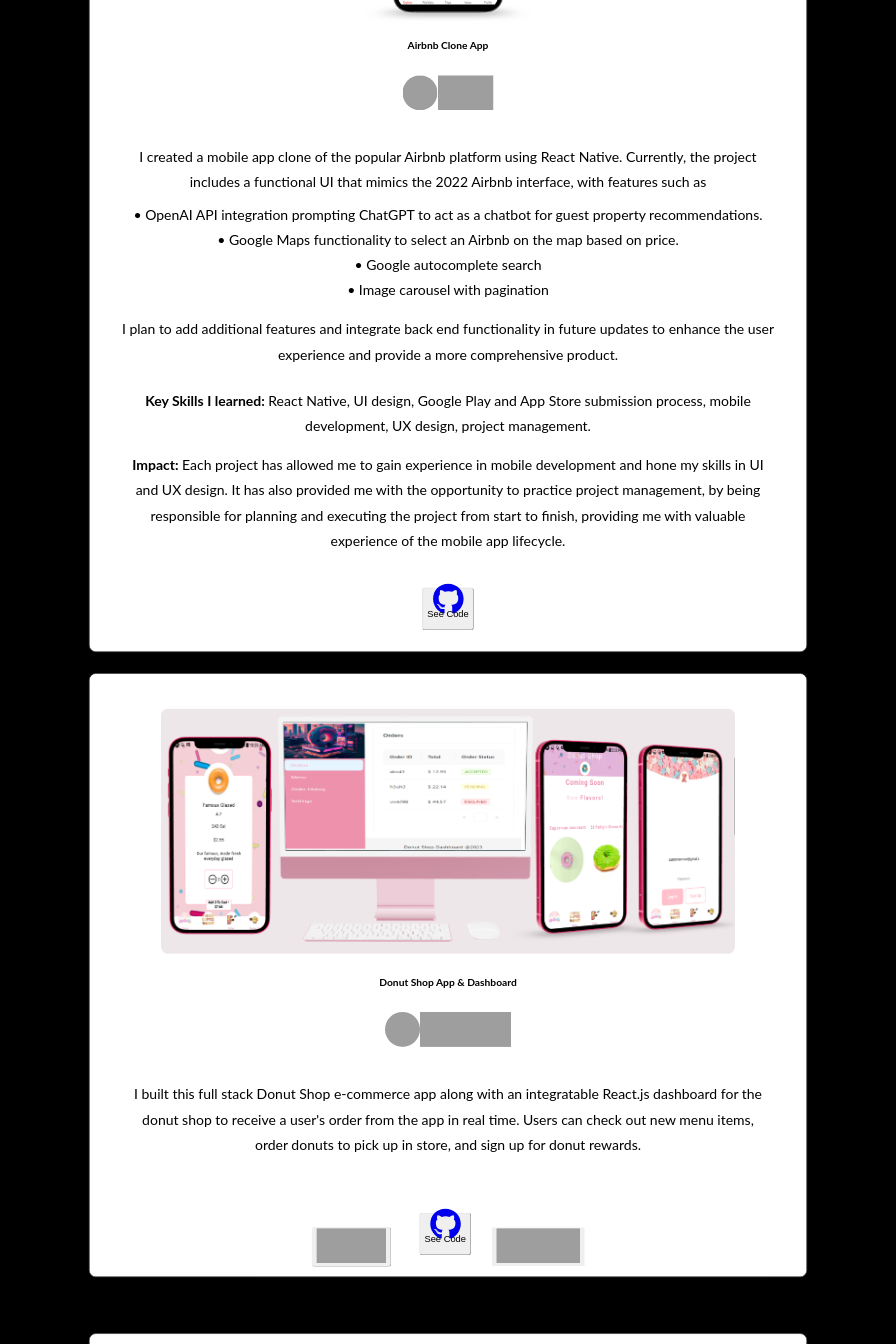
Repository: JamesPesenti/portfolio
Page: /
These files come from the project's save history. The page is drawn as it stood at one moment and after the next save; the edit follows.
The browser window is 1280 px wide. The pictures show the part of the page from y = 1871 to 3791 px (the page is 6929 px tall), at 70% of full size.
Pictures or frames that could not be fetched are drawn as grey boxes. The project was rebuilt for these pictures with package versions that can differ from the ones it lists, and the page was loaded fresh each time. Imported but missing from the stored project, and not drawn on this page: src/Components/James Pesenti Resume 2023.pdf.

Above is the page before, as saved 2023-05-29 08:21:47.

### public/index.html
<!DOCTYPE html>
<html lang="en">
  <head>
    <meta charset="utf-8" />
    <link rel="" href="" />
    <meta name="viewport" content="width=device-width, initial-scale=1" />
    <meta name="theme-color" content="#000000" />
    <meta name="description" content="James Pesenti Portfolio 2022" />
    <link rel="apple-touch-icon" href="" />
    <link rel="manifest" href="%PUBLIC_URL%/manifest.json" />

    <title>Portfolio 2023</title>

  </head>
  <body>
    <div id="root"></div>
  </body>
</html>

### src/Components/Scroll.jsx
import React from 'react'
import '../CSS/App.css';


const Scroll = () => {

  return (
    <>

        <div style={{marginBottom: 400, justifyContnent: 'center'}} id="section09" class="demo">
          <a href="#parallaxContainer">
            <span></span>
            Scroll down to see my work
          </a>
        </div>

    </>
  )
}

export default Scroll

### src/Components/MyProjects.jsx
import UberGoogleButton from "../Components/UberGoogleButton"
import AstonGoogleButton from "./AstonGoogleButton"
import AstonAppleButton from "./AstonAppleButton"
import BarceGoogleButton from "../Components/BarceGoogleButton"
import BarceAppleButton from "./BarceAppleButton"
import { FaGithub } from "react-icons/fa";

const MyProjects = () => {
  return (

  <>
    <div id="parallaxContainer">

    {/* Airbnb Clone */}
    <div style={{ justifyContent: 'center', alignItems: 'center',  width: "80%", borderRadius: 10}} className="box">
            <div>
                <img style={{ borderRadius: 10, marginTop: 50, marginBottom: -35, width: "48%", height: 350, transition: ".7s", }} src="images/mockrocket-capture (11).png" />
            </div>
            <h4 style={{textAlign: 'center'}}>Airbnb Clone App</h4>
                <div style={{flexDirection: "row", padding: 10, borderRadius: 10, marginBottom: -40,}}>
                  <img style={{width: 50, height: 50, borderRadius: 50}} src="https://i.pinimg.com/originals/8a/02/1a/8a021aa097236b42dd71fb731e3d894d.gif"/>
                  <img style={{width: 80, height: 50, }} src="https://www.datocms-assets.com/45470/1631026680-logo-react-native.png"  />
                  {/* <img style={{width: 50, height: 50, }} src="https://pbs.twimg.com/profile_images/1114309924551417856/FKA4cm2x_400x400.png"  /> */}
                </div>
            <p style={{fontSize: 20, textAlign: 'center', padding: 50, marginBottom: -60}}>I created a mobile app clone of the popular Airbnb platform using React Native. Currently, the project includes a functional UI that mimics the 2022 Airbnb interface, with features such as</p>
            <p style={{fontSize: 20, paddingHorizontal: 0, marginBottom: -20}}> &#8226; OpenAI API integration prompting ChatGPT to act as a chatbot for guest property recommendations.</p>
            <p style={{fontSize: 20, paddingHorizontal: 0, marginBottom: -20}}> &#8226; Google Maps functionality to select an Airbnb on the map based on price.</p>
            <p style={{fontSize: 20, padding: 0, marginBottom: -20}}>&#8226; Google autocomplete search</p>
            <p style={{fontSize: 20,  padding: 0, marginBottom: -40}}>&#8226; Image carousel with pagination</p>
            <p style={{fontSize: 20, textAlign: 'center', padding: 40, marginBottom: -60}}>I plan to add additional features and integrate back end functionality in future updates to enhance the user experience and provide a more comprehensive product.</p>
            <p style={{fontSize: 20, textAlign: 'center', padding: 30, marginBottom: -80}}><b> Key Skills I learned: </b>React Native, UI design, Google Play and App Store submission process, mobile development, UX design, project management.</p>
            <p style={{fontSize: 20, textAlign: 'center', padding: 50}}><b> Impact: </b> Each project has allowed me to gain experience in mobile development and hone my skills in UI and UX design. It has also provided me with the opportunity to practice project management, by being responsible for planning and executing the project from start to finish, providing me with valuable experience of the mobile app lifecycle.</p>

            <div style={{flexDirection: "row"}}>
                {/* <UberGoogleButton  /> */}
                <button style={{marginTop: 10}} type="button" className="codeButton">
                  <a href="https://github.com/JamesPesenti/Airbnb" target="_blank" rel="noopener noreferrer">
                    <FaGithub  size={45} style={{ marginTop: -80, marginBottom: -25, justifyContent: "center", textAlign: "center"}} />
                  </a>
                  <p>See Code</p>
                </button>
                {/* <AstonAppleButton  /> */}
            </div>

        </div>


     {/* Donut Shop App */}
     <div style={{marginTop: 30, marginBottom: 20, justifyContent: 'center', alignItems: 'center',  width: "80%", borderRadius: 10}} className="box">
            <div>
                <img style={{ borderRadius: 10, marginTop: 50, width: "80%", height: 350, transition: ".7s", }} src="/images/appAndDashMock.png" />
            </div>
            <h4 style={{textAlign: 'center'}}>Donut Shop App & Dashboard</h4>
                <div style={{flexDirection: "row", padding: 10, borderRadius: 10, marginBottom: -40,}}>
                  <img style={{width: 50, height: 50, borderRadius: 50}} src="https://i.pinimg.com/originals/8a/02/1a/8a021aa097236b42dd71fb731e3d894d.gif"/>
                  <img style={{width: 80, height: 50, }} src="https://www.datocms-assets.com/45470/1631026680-logo-react-native.png"  />
                  <img style={{width: 50, height: 50, }} src="https://pbs.twimg.com/profile_images/1114309924551417856/FKA4cm2x_400x400.png"  />
                </div>
            <p style={{fontSize: 20,textAlign: 'center', padding: 50}}>I built this full stack Donut Shop e-commerce app along with an integratable React.js dashboard for the donut shop to receive a user's order from the app in real time. Users can check out new menu items, order donuts to pick up in store, and sign up for donut rewards.</p>

            <div style={{flexDirection: "row"}}>
                <UberGoogleButton  />
                <button style={{marginTop: 40}} type="button" className="codeButton">
                  <a href="https://github.com/JamesPesenti/Donut_Shop" target="_blank" rel="noopener noreferrer">
                    <FaGithub  size={45} style={{ marginTop: -80, marginBottom: -25, justifyContent: "center", textAlign: "center"}} />
                  </a>
                  <p>See Code</p>
                </button>
                <AstonAppleButton  />
            </div>

        </div>


    {/* Uber Eats App */}
    <div style={{marginTop: 80, marginBottom: 60, justifyContent: 'center', alignItems: 'center',  width: "80%", borderRadius: 10}} className="box">
            <div className="imgWrapper" style={{width: 480, height: 350}}>
                <img style={{ borderRadius: 5, marginTop: 50, width: "100%", height: 300, transition: ".7s", }} src="/images/UberEatsLast.png" />
            </div>
            <h4 style={{textAlign: 'center'}}>Uber Eats Clone App</h4>
                <div style={{flexDirection: "row", padding: 10, borderRadius: 10, marginBottom: -40,}}>
                  <img style={{width: 50, height: 50, borderRadius: 50}} src="https://i.pinimg.com/originals/8a/02/1a/8a021aa097236b42dd71fb731e3d894d.gif"/>
                  <img style={{width: 80, height: 50, }} src="https://www.datocms-assets.com/45470/1631026680-logo-react-native.png"  />
                  <img style={{width: 50, height: 50, }} src="https://pbs.twimg.com/profile_images/1114309924551417856/FKA4cm2x_400x400.png" />
                </div>
            <p style={{fontSize: 20,textAlign: 'center', padding: 50}}>A full stack React Native app inspired by the UberEats user app. I utilized AWS Amplify's datastore to configure the back end to query and save customer's orders and used Amazon Cognito for user registration, authentication, & account recovery.</p>

            <div style={{flexDirection: "row"}}>
                <UberGoogleButton  />
                <button style={{marginTop: 40}} type="button" className="codeButton">
                  <a href="https://github.com/JamesPesenti/UberEatsClone" target="_blank" rel="noopener noreferrer">
                    <FaGithub  size={45} style={{ marginTop: -80, marginBottom: -20, justifyContent: "center", textAlign: "center"}} />
                  </a>
                  <p>See Code</p>
                </button>
                <AstonAppleButton  />
            </div>

        </div>


     {/* Aston Waikiki App */}
       <div style={{marginTop: 80, marginBottom: 120, justifyContent: 'center', alignItems: 'center',  width: "80%", borderRadius: 10}} className="box">
            <div className="imgWrapper" style={{width: 450, height: 350}}>
                <img style={{ marginTop: 50, width: "100%", height: "auto", transition: ".7s", }} src="/images/astonmock.png" />
            </div>
            <h4 style={{textAlign: 'center'}}>Aston Waikiki Hotel UI</h4>
                <div style={{flexDirection: "row", padding: 10, borderRadius: 10, marginBottom: -40,}}>
                  <img style={{width: 50, height: 50, borderRadius: 50}} src="https://i.pinimg.com/originals/8a/02/1a/8a021aa097236b42dd71fb731e3d894d.gif"/>
                  <img style={{width: 80, height: 50, }} src="https://www.datocms-assets.com/45470/1631026680-logo-react-native.png"  />
                </div>
            <p style={{fontSize: 20,textAlign: 'center', padding: 50}}>A React Native UI design I created to reimagine the hotel Aston Waikiki Beach's website into a cross platform mobile app. I used most of the content and images from the current website and utilized both Bottom Tabs, Drawer navigation and other React Native libraries for a better user experience.</p>

            <div style={{flexDirection: "row"}}>
                <AstonGoogleButton  />
                <button style={{marginTop: 40}} type="button" className="codeButton">
                        <a href="https://github.com/JamesPesenti/AstonWaikikiBeachApp" target="_blank" rel="noopener noreferrer">
                            <FaGithub  size={45} style={{ marginTop: -80, marginBottom: -20, justifyContent: "center", textAlign: "center"}} />
                        </a>
                        <p>See Code</p>
                </button>
                <AstonAppleButton  />
            </div>

        </div>


    {/* Barcelona App */}
       <div style={{marginTop: 20, marginBottom: 120, justifyContent: 'center', alignItems: 'center',  width: "80%", borderRadius: 10}} className="box">
            <div className="imgWrapper" style={{width: 650, height: 300}}>
                <img style={{ marginTop: 30, width: "100%", height: 250, transition: ".7s", }} src="/images/barcelonamockup.png" />
            </div>
            <h4 style={{textAlign: 'center'}}>Barcelona Tourist App</h4>
                <div style={{flexDirection: "row", padding: 10, borderRadius: 10, marginBottom: -20,}}>
                <img style={{width: 80, height: 50,}} src="https://www.datocms-assets.com/45470/1631026680-logo-react-native.png"  />
                <img style={{width: 50, height: 50, borderRadius: 50}} src="https://i.pinimg.com/originals/8a/02/1a/8a021aa097236b42dd71fb731e3d894d.gif"/>
                </div>
            <p style={{fontSize: 20, textAlign: 'center', padding: 50}}>I created this React Native app for visitors of Barcelona Spain to save pictures and locations of their favorite places. I used pop-up modals for users to quickly get information on popular sights and used geolocation with google maps so users can save their location and select it on the map.</p>

            <div style={{flexDirection: "row"}}>
               <BarceAppleButton  />
                <button style={{marginTop: 40}} type="button" className="codeButton">
                        <a href="https://github.com/JamesPesenti/BarcelonaApp" target="_blank" rel="noopener noreferrer">
                            <FaGithub  size={45} style={{ marginTop: -80, marginBottom: -20, justifyContent: "center", textAlign: "center"}} />
                        </a>
                        <p>See Code</p>
                </button>
                <BarceGoogleButton  />
            </div>

        </div>

    {/* IAR React App */}
        {/* <div style={{marginBottom: 0, justifyContent: 'center', alignItems: 'center',  width: "80%", borderRadius: 10}} className="box">
            <img style={{ width: 600, height: 350, borderRadius: 10, borderWidth: 2, borderColor: "green"}} src="/images/innermock.png" />
            <h4 style={{textAlign: 'center'}}>Inner Aura Readings Website</h4>
            <div style={{flexDirection: "row", padding: 10, borderRadius: 10}}>
                <img src="https://www.logo.wine/a/logo/React_(web_framework)/React_(web_framework)-Logo.wine.svg" style={{width: 100, height: 50,}} />
                <img className="logoBox" src="https://cdn.pixabay.com/photo/2017/08/05/11/16/logo-2582747_1280.png" style={{width: 50, height: 50,}} />
            </div>
            <p style={{fontSize: 20, textAlign: 'center', padding: 50}}>This was the first official React.js web app that I developed. I made it for a friend who wanted to reach more customers with a mobile friendly website. I made multiple iterations and converted it into a PWA for offline operability with native like performance. </p>
            <button style={{marginTop: 0}} type="button" className="codeButton">
                        <a href="https://github.com/JamesPesenti/InnerAuraReadings2022" target="_blank" rel="noopener noreferrer">
                            <FaGithub  size={45} style={{ marginTop: -80, marginBottom: -20, justifyContent: "center", textAlign: "center"}} />
                        </a>
                        <p>See Code</p>
            </button>

        </div> */}


{/* REapp */}
        {/* <div style={{marginBottom: 100, justifyContent: 'center', alignItems: 'center',  width: "80%", borderRadius: 10,}} className="box">
        <img style={{marginTop: 50, width: 800, height: 350, borderRadius: 10, borderWidth: 2, borderColor: "green"}} src="/images/remockup.png" />
            <h4 style={{textAlign: 'center'}}>Real Estate Listing Website </h4>
            <div style={{flexDirection: "row", padding: 10, borderRadius: 10}}>
                <img src="https://www.logo.wine/a/logo/React_(web_framework)/React_(web_framework)-Logo.wine.svg" style={{width: 100, height: 50,}} />
                <img src="https://img.icons8.com/color/480/cloud-firestore.png" style={{width: 50, height: 50,}} />
                <img src="https://raw.githubusercontent.com/JamesPesenti/RealEstateApp/16b046b3d34b4a26468627e906dc503be8911b73/src/assets/svg/googleIcon.svg" style={{marginBottom: 8, width: 100, height: 30,}} />
            </div>
            <p style={{fontSize: 20, textAlign: 'center', padding: 50}}>Real Estate listing website built with React, FireStore database and Google OAuth to sign in with a google account. You can search listings for rent/sale and login to your account to create a listing and save offers. Inspiration and back-end code taken from Brad Traversey's React course I took on Udemy.</p>
            <button style={{marginTop: 40}} type="button" className="codeButton">
                        <a href="https://github.com/JamesPesenti/RealEstateApp" target="_blank" rel="noopener noreferrer">
                            <FaGithub  size={45} style={{ marginTop: -80, marginBottom: -20, justifyContent: "center", textAlign: "center"}} />
                        </a>
                        <p>See Code</p>
            </button>
        </div> */}

    </div>


    </>
  )
}

export default MyProjects

### src/Components/UberGoogleButton.jsx
import React from 'react'


const UberGoogleButton = () => {
  return (
    <>
    <button type="button" style={{marginRight: 40, borderWidth: .1, borderColor: '#efefef', borderRadius: 5}}>
        <a href="https://expo.dev/accounts/jimpesenti/projects/UberEats/builds/b9dfcb73-dd37-4009-b5f9-7d24a72b937d">
            <img style={{width: 100, height: 50, borderRadius: 0}} src="https://logos-world.net/wp-content/uploads/2020/12/Google-Play-Logo-500x281.png"/>
        </a>
    </button>
    </>
  )
}

export default UberGoogleButton

### src/Components/AstonGoogleButton.jsx
import React from 'react'


const AstonGoogleButton = () => {
  return (
    <>
    <button type="button" style={{marginRight: 40, borderWidth: .1, borderColor: '#efefef', borderRadius: 5}}>
        <a href="https://play.google.com/store/apps/details?id=com.jamespesenti91.astonwaikikibeach">
            <img style={{width: 100, height: 50, borderRadius: 0}} src="https://logos-world.net/wp-content/uploads/2020/12/Google-Play-Logo-500x281.png"/>
        </a>
    </button>
    </>
  )
}

export default AstonGoogleButton

### src/Components/AstonAppleButton.jsx
import React from 'react'

const AstonAppleButton = () => {
  return (
    <>
    <button type="submit" style={{marginLeft: 30, borderWidth: 0,}}  >
        <a href="">
            <img style={{width: 120, height: 50, borderRadius: 0}} src="https://images.squarespace-cdn.com/content/v1/5b549a7f3c3a53487c250f58/1597439116255-P7ME5MNOIWQLJS1X4CPP/Apple+App+Store+Logo+Button.png"/>
        </a>
    </button>
    </>
  )
}

export default AstonAppleButton

### src/Components/BarceGoogleButton.jsx
import React from 'react'


const BarceGoogleButton = () => {
  return (
    <>
    <button type="button" style={{marginLeft: 30, borderWidth: .1, borderColor: '#efefef', borderRadius: 5}}>
        <a href="https://play.google.com/store/apps/details?id=com.jamespesenti91.VisitBarcelona">
            <img style={{width: 100, height: 50, borderRadius: 0}} src="https://logos-world.net/wp-content/uploads/2020/12/Google-Play-Logo-500x281.png" alt="barceButton"/>
        </a>
    </button>
    </>
  )
}

export default BarceGoogleButton

### src/Components/BarceAppleButton.jsx
import React from 'react'

const BarceAppleButton = () => {
  return (
    <>
    <button type="submit" style={{marginRight: 30, borderWidth: 0,}}  >
        <a href="">
            <img style={{width: 120, height: 50, borderRadius: 0}} src="https://images.squarespace-cdn.com/content/v1/5b549a7f3c3a53487c250f58/1597439116255-P7ME5MNOIWQLJS1X4CPP/Apple+App+Store+Logo+Button.png"/>
        </a>
    </button>
    </>
  )
}

export default BarceAppleButton

Loaded but not shown: src/index.js (common file); src/reportWebVitals.js (common file); src/serviceWorkerRegistration.js (137 lines, source omitted); src/App.js (33 lines, source omitted); src/CSS/App.css (351 lines, source omitted); src/CSS/index.css (197 lines, source omitted); src/Components/Navbar.jsx (44 lines, source omitted); src/Components/AboutMe.jsx (24 lines, source omitted)

After the next save:
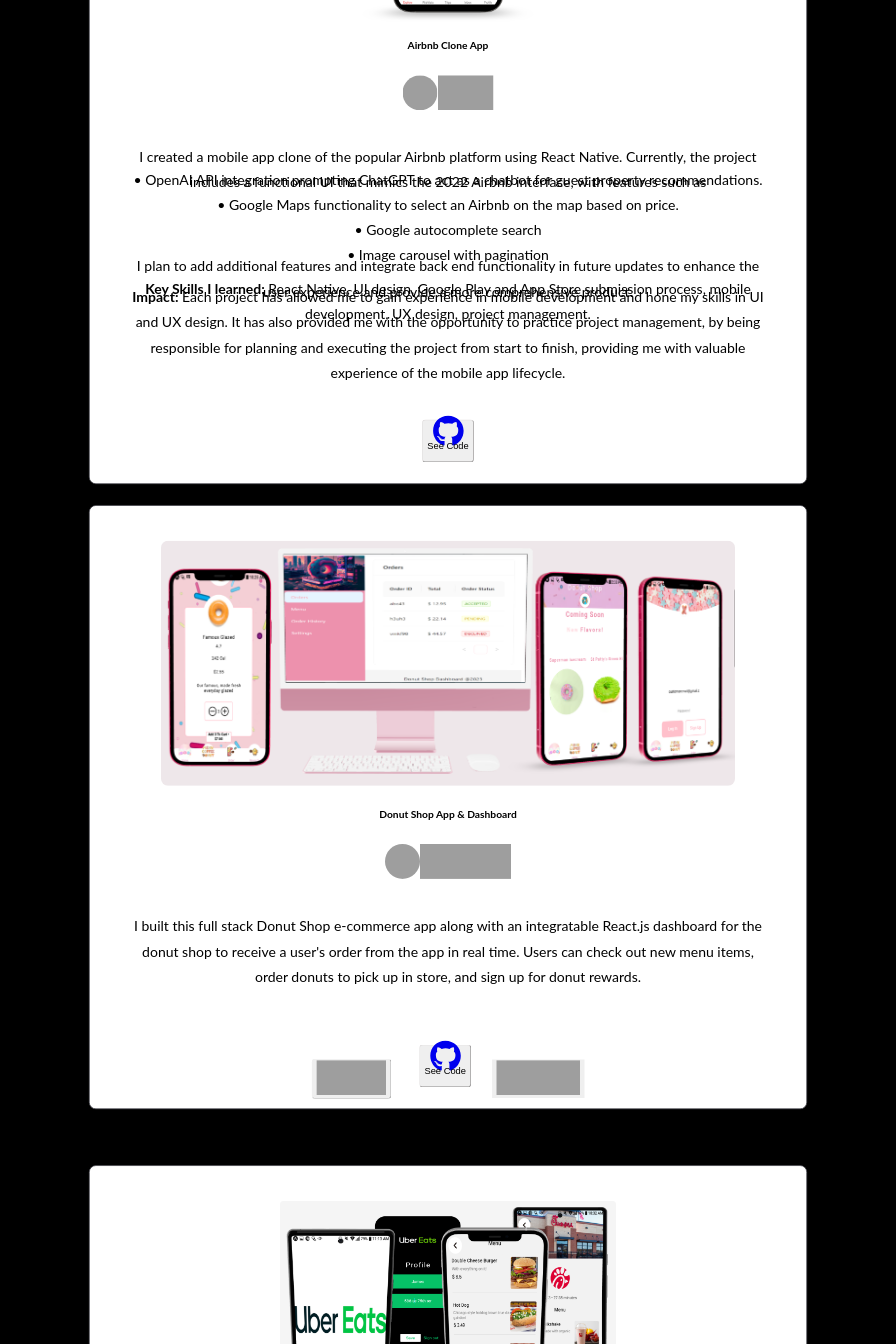
Saved 78 s later.
--- a/src/Components/MyProjects.jsx
+++ b/src/Components/MyProjects.jsx
@@ -22,14 +22,16 @@
                   <img style={{width: 80, height: 50, }} src="https://www.datocms-assets.com/45470/1631026680-logo-react-native.png"  />
                   {/* <img style={{width: 50, height: 50, }} src="https://pbs.twimg.com/profile_images/1114309924551417856/FKA4cm2x_400x400.png"  /> */}
                 </div>
-            <p style={{fontSize: 20, textAlign: 'center', padding: 50, marginBottom: -60}}>I created a mobile app clone of the popular Airbnb platform using React Native. Currently, the project includes a functional UI that mimics the 2022 Airbnb interface, with features such as</p>
-            <p style={{fontSize: 20, paddingHorizontal: 0, marginBottom: -20}}> &#8226; OpenAI API integration prompting ChatGPT to act as a chatbot for guest property recommendations.</p>
-            <p style={{fontSize: 20, paddingHorizontal: 0, marginBottom: -20}}> &#8226; Google Maps functionality to select an Airbnb on the map based on price.</p>
-            <p style={{fontSize: 20, padding: 0, marginBottom: -20}}>&#8226; Google autocomplete search</p>
-            <p style={{fontSize: 20,  padding: 0, marginBottom: -40}}>&#8226; Image carousel with pagination</p>
-            <p style={{fontSize: 20, textAlign: 'center', padding: 40, marginBottom: -60}}>I plan to add additional features and integrate back end functionality in future updates to enhance the user experience and provide a more comprehensive product.</p>
-            <p style={{fontSize: 20, textAlign: 'center', padding: 30, marginBottom: -80}}><b> Key Skills I learned: </b>React Native, UI design, Google Play and App Store submission process, mobile development, UX design, project management.</p>
-            <p style={{fontSize: 20, textAlign: 'center', padding: 50}}><b> Impact: </b> Each project has allowed me to gain experience in mobile development and hone my skills in UI and UX design. It has also provided me with the opportunity to practice project management, by being responsible for planning and executing the project from start to finish, providing me with valuable experience of the mobile app lifecycle.</p>
+           <div style={{padding: 50}}>
+                <p style={{fontSize: 20, textAlign: 'center', marginBottom: -60}}>I created a mobile app clone of the popular Airbnb platform using React Native. Currently, the project includes a functional UI that mimics the 2022 Airbnb interface, with features such as</p>
+                <p style={{fontSize: 20, paddingHorizontal: 0, marginBottom: -20}}> &#8226; OpenAI API integration prompting ChatGPT to act as a chatbot for guest property recommendations.</p>
+                <p style={{fontSize: 20, paddingHorizontal: 0, marginBottom: -20}}> &#8226; Google Maps functionality to select an Airbnb on the map based on price.</p>
+                <p style={{fontSize: 20, padding: 0, marginBottom: -20}}>&#8226; Google autocomplete search</p>
+                <p style={{fontSize: 20,  padding: 0, marginBottom: -40}}>&#8226; Image carousel with pagination</p>
+                <p style={{fontSize: 20, textAlign: 'center', marginBottom: -60}}>I plan to add additional features and integrate back end functionality in future updates to enhance the user experience and provide a more comprehensive product.</p>
+                <p style={{fontSize: 20, textAlign: 'center', marginBottom: -80}}><b> Key Skills I learned: </b>React Native, UI design, Google Play and App Store submission process, mobile development, UX design, project management.</p>
+                <p style={{fontSize: 20, textAlign: 'center'}}><b> Impact: </b> Each project has allowed me to gain experience in mobile development and hone my skills in UI and UX design. It has also provided me with the opportunity to practice project management, by being responsible for planning and executing the project from start to finish, providing me with valuable experience of the mobile app lifecycle.</p>
+           </div>
 
             <div style={{flexDirection: "row"}}>
                 {/* <UberGoogleButton  /> */}
